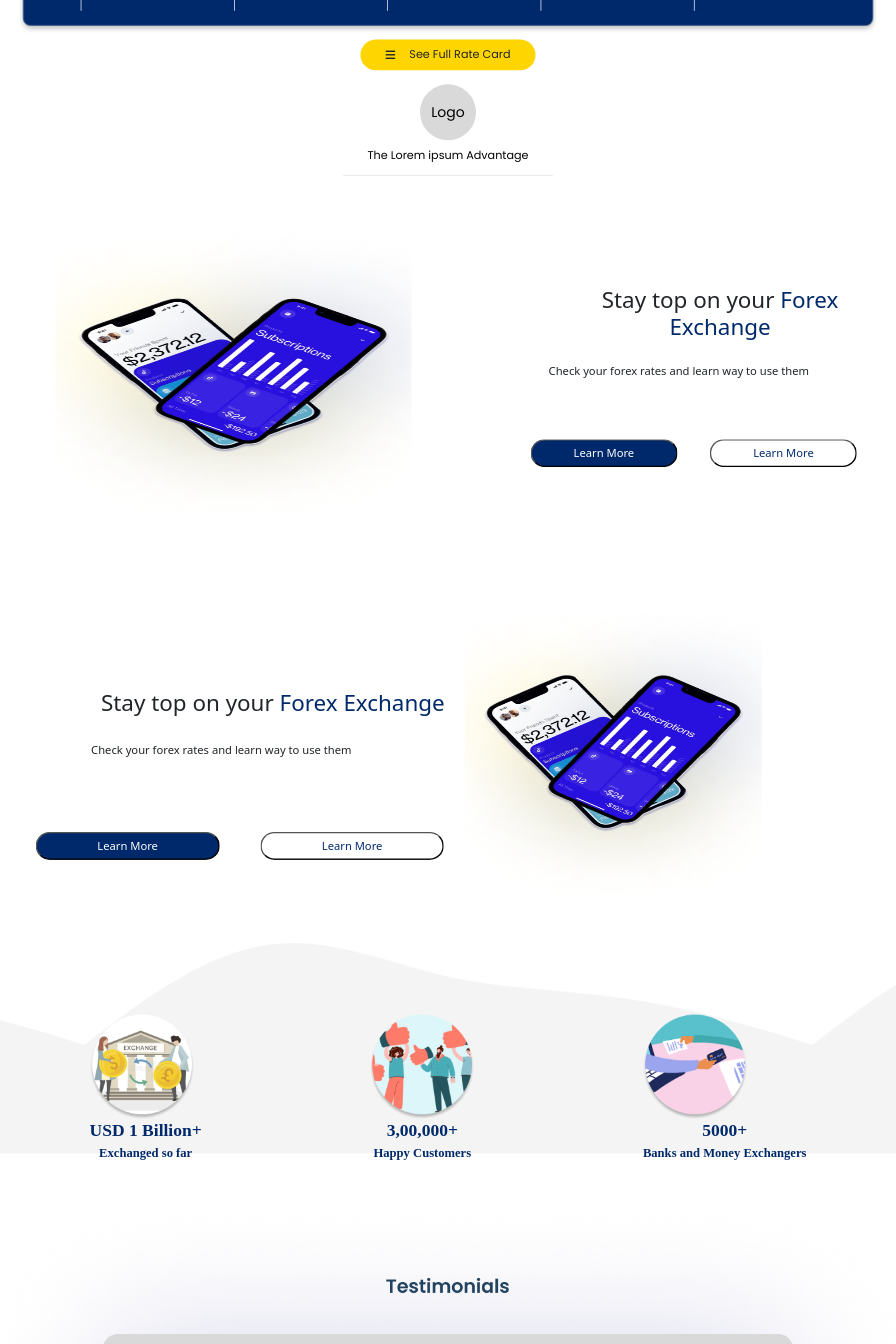
Repository: FlyweisReact/Akshadeep-latest
Page: /
The author's editor kept a copy of each file at every save. The page is drawn from the files as they stood at one save, then again after a run of saves.
The browser window is 1280 px wide. The pictures show the part of the page from y = 909 to 2829 px (the page is 4679 px tall before and 4686 px after), at 70% of full size.
Some web libraries are served in a nearby version. The project was rebuilt for these pictures with package versions that can differ from the ones it lists, and the page was loaded fresh each time. Also part of the build but not shown: src/components/exchange.jsx, src/components/order_p1.jsx, src/components/order_p2.jsx, src/components/faas.jsx, src/components/offer.jsx, src/components/main2.jsx, src/components/home.jsx, src/components/slider.jsx and 6 more.

Above is the page before, as saved 2023-05-23 16:02:12.

After the next 2 saves:
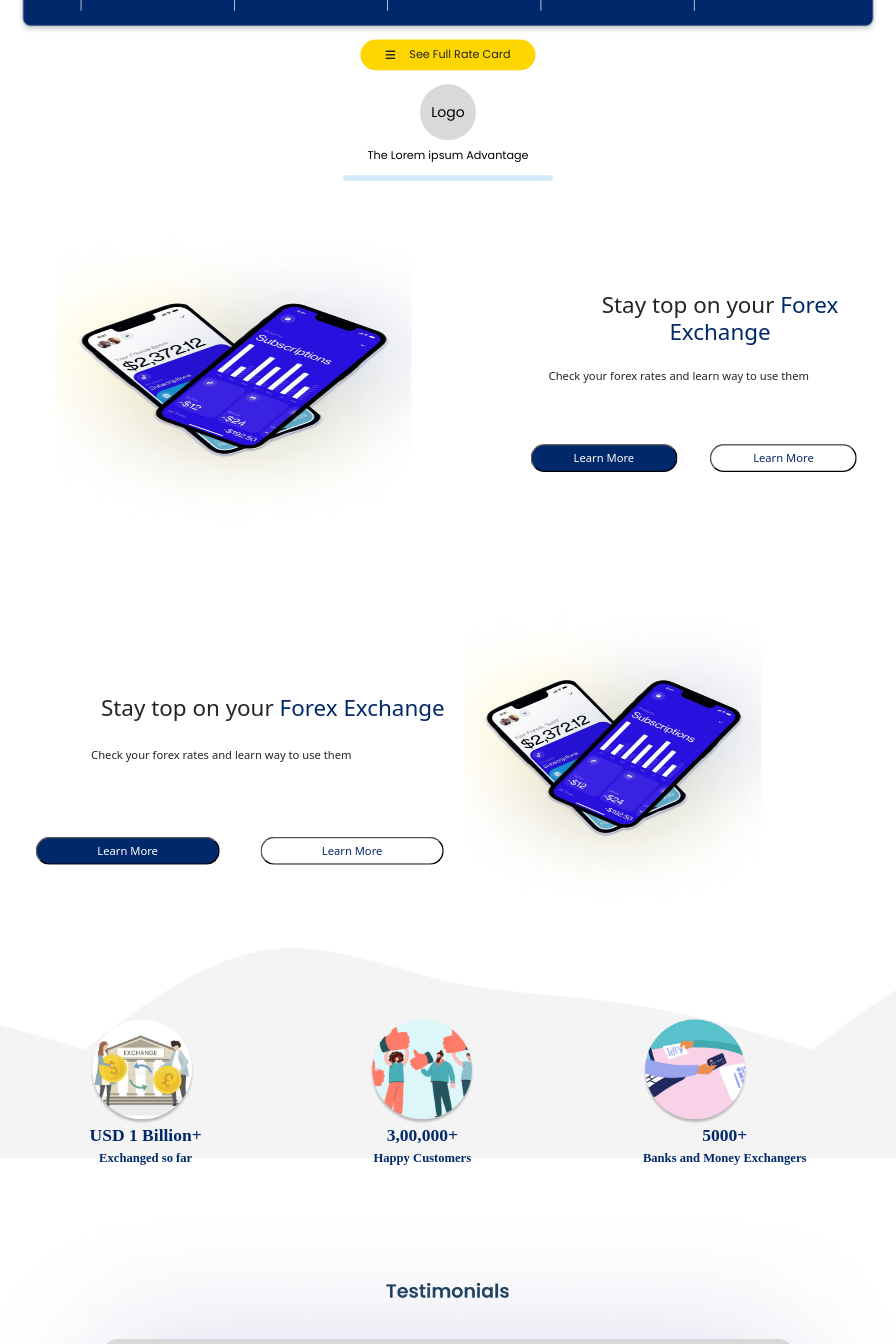
The 2 saves are shown as one change because they came seconds apart.
The last was saved 7 s later.
--- a/src/Style/Layout.css
+++ b/src/Style/Layout.css
@@ -76,6 +76,6 @@
     margin-top: 10px;
 }
 .Index_center_Div hr{
-    border: ;
+    border: 4px solid #48B1E5   ;
 border-radius: 8px;
 }
